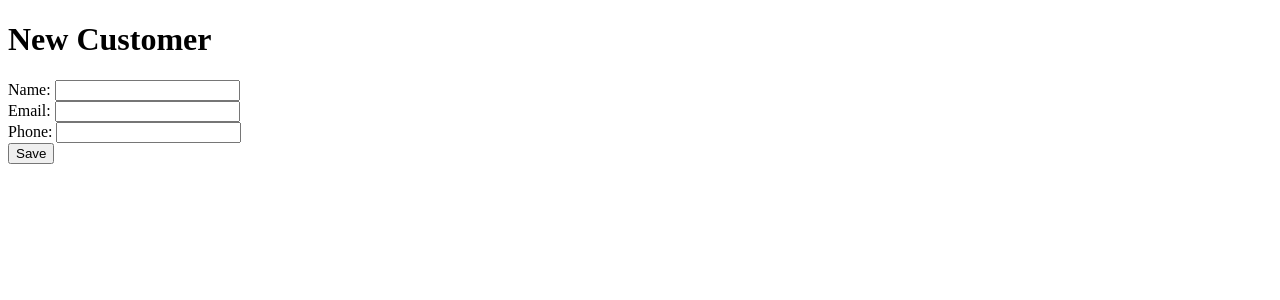
Repository: keviinlouis/JavaJSP
Page: http://localhost/MyCustomer/insertCustomer.jsp
These files come from the project's save history. The page is drawn as it stood at one moment and after the next save; the edit follows.
The browser window is 1280 px wide. The pictures show the whole page.
The page is served by Tomcat 9. Other server files are loaded and not shown.

Above is the page before, as saved 2017-08-10 01:08:00.

### MyCustomer/WebContent/insertCustomer.jsp
<%@ page language="java" contentType="text/html; charset=ISO-8859-1"
    pageEncoding="ISO-8859-1"%>
<!DOCTYPE html PUBLIC "-//W3C//DTD HTML 4.01 Transitional//EN" "http://www.w3.org/TR/html4/loose.dtd">
<html>
<head>
<meta http-equiv="Content-Type" content="text/html; charset=ISO-8859-1">
<title>Insert title here</title>
</head>
<body>
	<h1>New Customer</h1>
	<form action="/MyCustomer/InsertCustomerServlet" method="POST">
		Name: <input type="text" id="name" name="name" value=""><br>
		Email: <input type="text" id="email" name="email" value=""><br>
		Phone: <input type="text" id="phone" name="phone" value=""><br>
		<input type="submit" value="Save">
	</form>
</body>
</html>

After the next save:
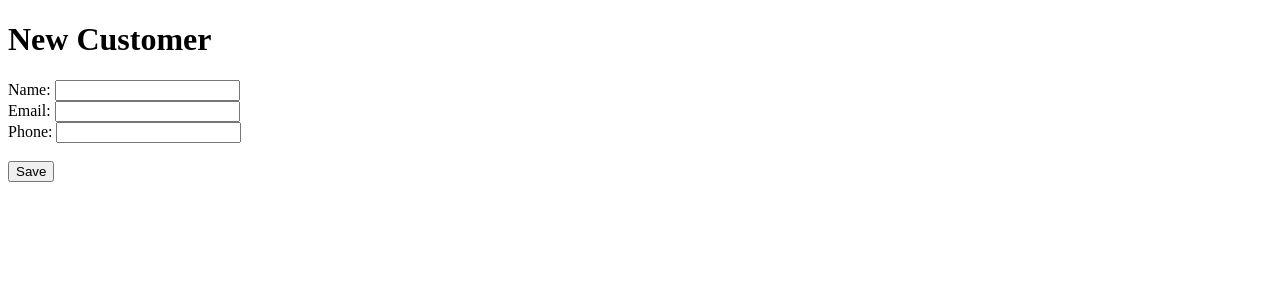
Saved 18 s later.
--- a/MyCustomer/WebContent/insertCustomer.jsp
+++ b/MyCustomer/WebContent/insertCustomer.jsp
@@ -11,7 +11,7 @@
 	<form action="/MyCustomer/InsertCustomerServlet" method="POST">
 		Name: <input type="text" id="name" name="name" value=""><br>
 		Email: <input type="text" id="email" name="email" value=""><br>
-		Phone: <input type="text" id="phone" name="phone" value=""><br>
+		Phone: <input type="text" id="phone" name="phone" value=""><br><br>
 		<input type="submit" value="Save">
 	</form>
 </body>
